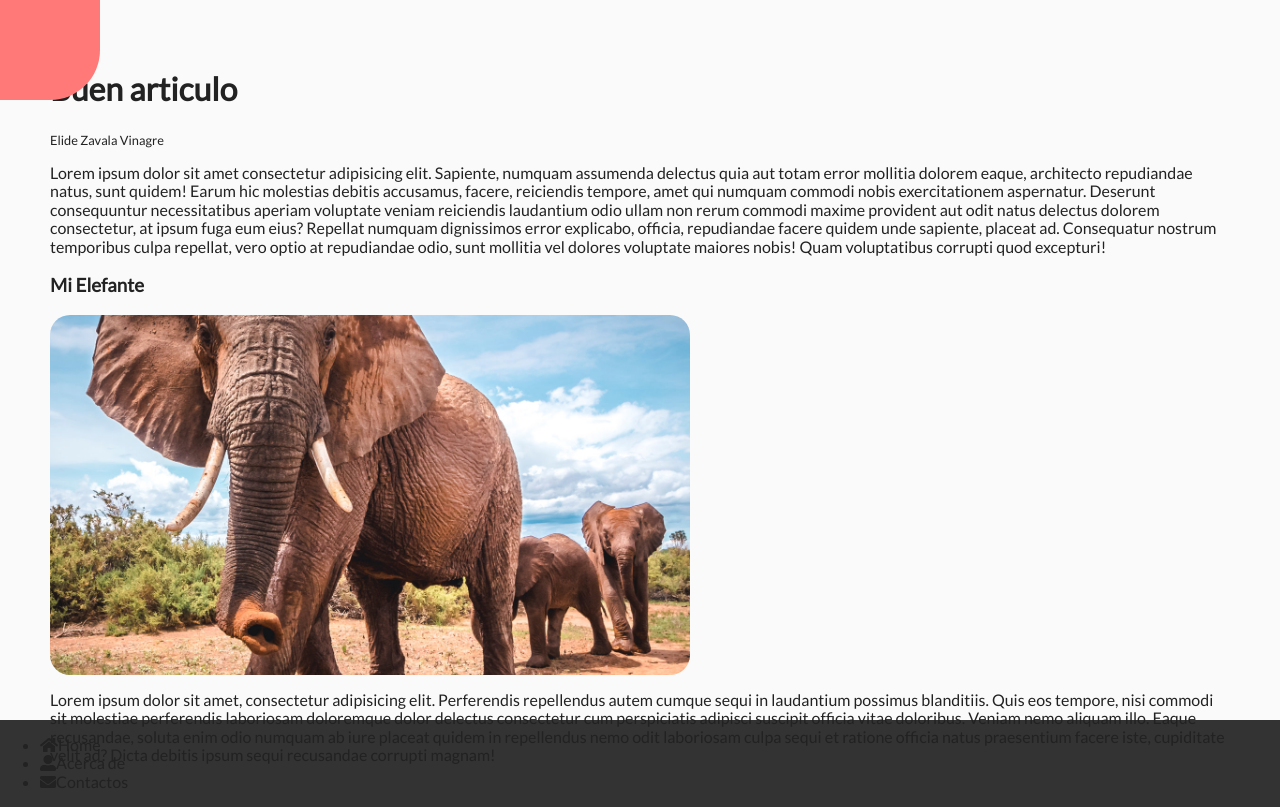
Repository: ElideZavala/Navagacion-en-rotacion
Page: index.html
The author's editor kept a copy of each file at every save. The page is drawn from the files as they stood at one save, then again after the next save.
The browser window is 1280 px wide. The pictures show the whole page.

Above is the page before, as saved 2021-05-29 09:06:20.

After the next save:
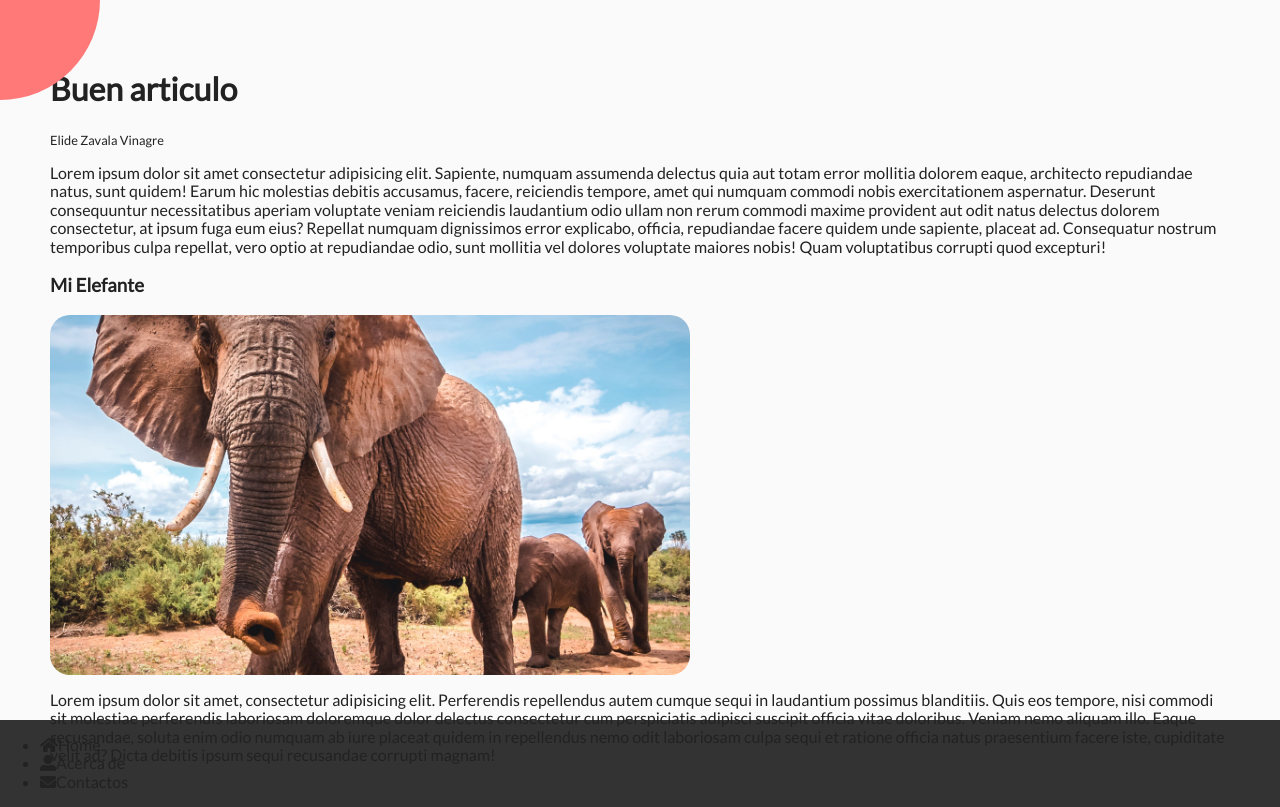
Saved 18 s later.
--- a/style.css
+++ b/style.css
@@ -43,5 +43,5 @@ body {
 	background-color: #ff7979;
 	height: 200px;
 	width: 200px;
-	border-radius: 50px
+	border-radius: 50%;
 }
